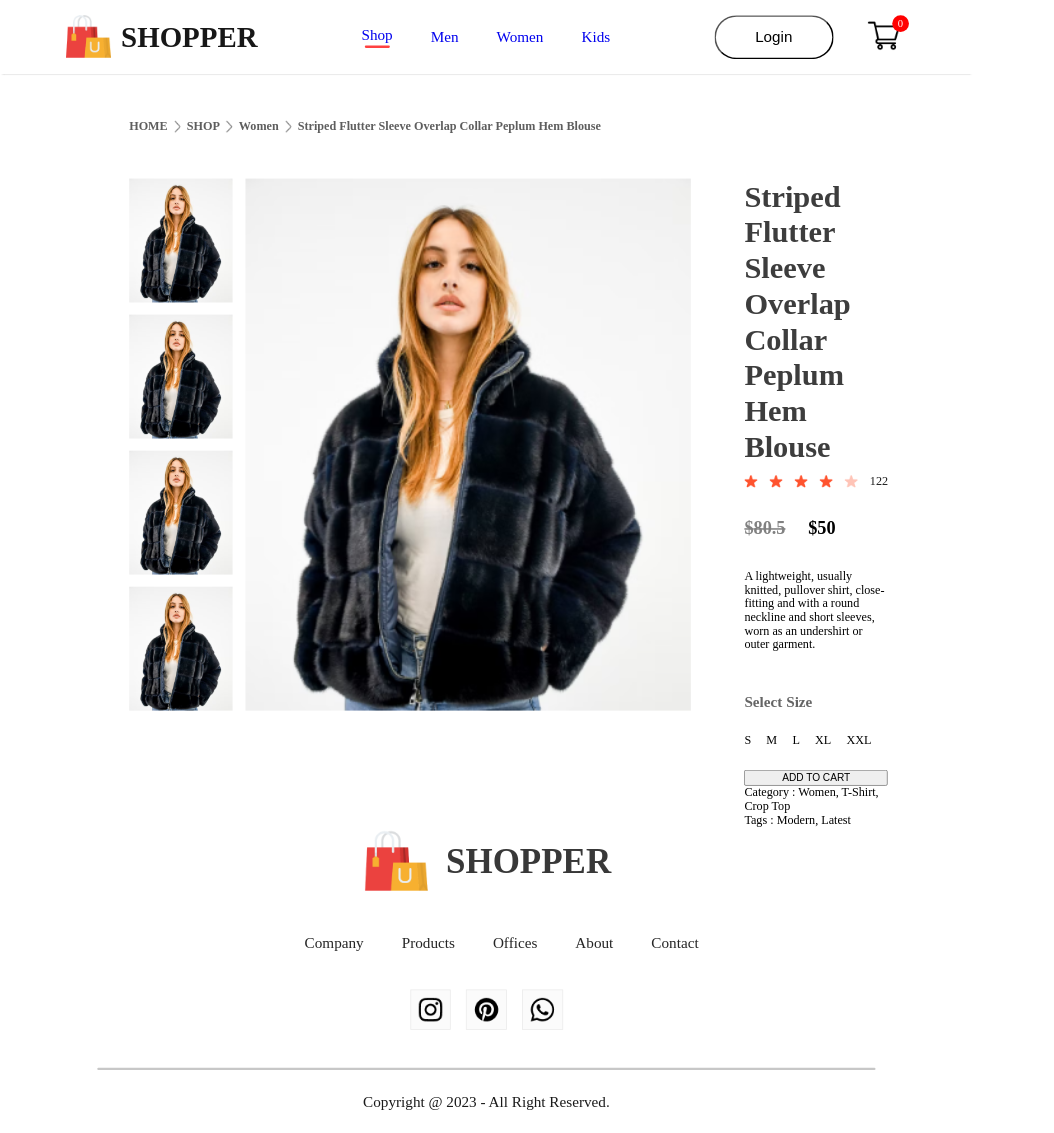
Repository: Nandhini653/SHOPPER-ECOM
Page: /product/1
These files come from the project's save history. The page is drawn as it stood at one moment and after a run of saves; the edit follows.
The browser window is 1280 px wide. The page is 1280 px wide, then 1387 px, so the pictures cover 1387 px, including what lies to the right of the window. The pictures show the whole page, at 76% of full size.
The project was rebuilt for these pictures with package versions that can differ from the ones it lists, and the page was loaded fresh each time. Also part of the build but not shown: src/App.css, src/Pages/CSS/ShopCategory.css, src/Components/Item/Item.css, src/Components/Item/Item.jsx, src/Pages/ShopCategory.jsx, src/Pages/Cart.jsx, src/Pages/CSS/LoginSignup.css, src/Pages/LoginSignup.jsx and 13 more.

Above is the page before, as saved 2024-06-24 17:25:40.

After the next 3 saves:
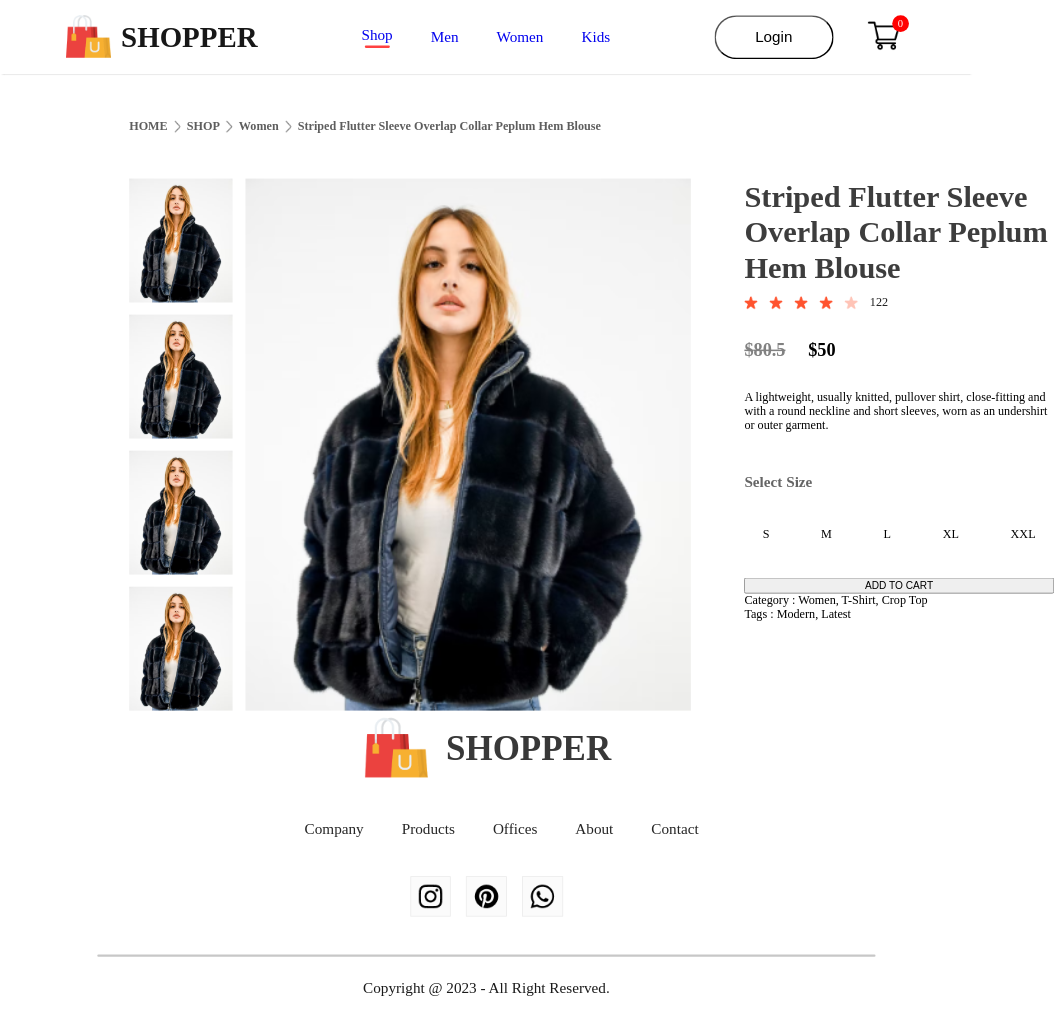
The 3 saves are shown as one change because they came seconds apart.
The last was saved 10 s later.
--- a/src/Components/ProductDisplay/ProductDisplay.css
+++ b/src/Components/ProductDisplay/ProductDisplay.css
@@ -75,5 +75,6 @@
 }
 
 .productdisplay-right-sizes div {
-    pad
+    padding: 18px 24px;
+    background: ;
 }
